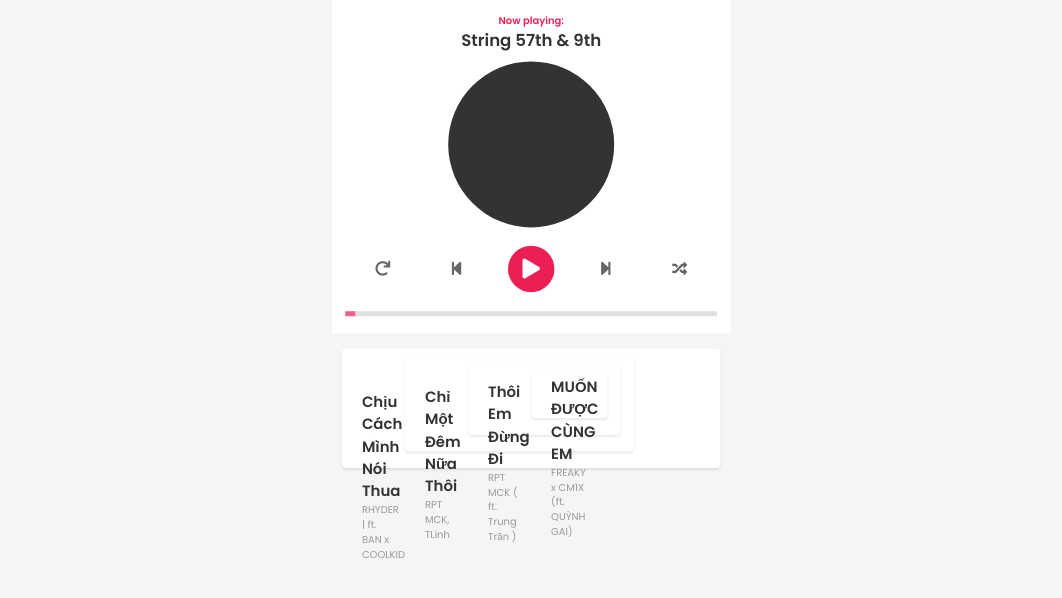
Repository: ChiNg22nd04/MusicPlayer
Page: index.html
These files come from the project's save history. The page is drawn as it stood at one moment and after the next save; the edit follows.
The browser window is 1280 px wide. The pictures show the whole page, at 83% of full size.

Above is the page before, as saved 2023-12-29 22:08:44.

### index.html
<!DOCTYPE html>
<html lang="en">
<head>
    <meta charset="UTF-8">
    <meta name="viewport" content="width=device-width, initial-scale=1.0">
    <title>Music player</title>
    <link rel="stylesheet" href="https://cdnjs.cloudflare.com/ajax/libs/font-awesome/5.15.2/css/all.min.css" integrity="sha512-HK5fgLBL+xu6dm/Ii3z4xhlSUyZgTT9tuc/hSrtw6uzJOvgRr2a9jyxxT1ely+B+xFAmJKVSTbpM/CuL7qxO8w==" crossorigin="anonymous" />
    <link rel="preconnect" href="https://fonts.gstatic.com">
    <link href="https://fonts.googleapis.com/css2?family=Poppins:wght@300;400;600&display=swap" rel="stylesheet">
    <link rel="stylesheet" href="./assets/css/style.css">
</head>
<body>


<div class="player">
  <!-- Dashboard -->
  <div class="dashboard">
    <!-- Header -->
    <header>
      <h4>Now playing:</h4>
      <h2>String 57th & 9th</h2>
    </header>

    <!-- CD -->
    <div class="cd">
      <div class="cd-thumb">
      </div>
    </div>

    <!-- Control -->
    <div class="control">
      <div class="btn btn-repeat">
        <i class="fas fa-redo"></i>
      </div>
      <div class="btn btn-prev">
        <i class="fas fa-step-backward"></i>
      </div>
      <div class="btn btn-toggle-play">
        <i classa="fas fa-pause icon-pause"></i>
        <i class="fas fa-play icon-play"></i>
      </div>
      <div class="btn btn-next">
        <i class="fas fa-step-forward"></i>
      </div>
      <div class="btn btn-random">
        <i class="fas fa-random"></i>
      </div>
    </div>

    <input id="progress" class="progress" type="range" value="0" step="1" min="0" max="100">

    <audio id="audio" src=""></audio>
  </div>

  <!-- Playlist -->
  <div class="playlist">

  </div>
</div>
<script >
  const $ = document.querySelector.bind(document);
  const $$ = document.querySelectorAll.bind(document);
  const playList = $('.playlist');

  //! List bài hát
  const app = {
      listSong: [
          {
              name: 'Chịu Cách Mình Nói Thua',
              singer: 'RHYDER | ft. BAN x COOLKID ',
              path: './assets/music/ChiuCachMinhNoiThua-RHYDERCoolkidBAN-12449134.mp3',
              img:'./assets/img/ccmnt.jpeg',
          },
          {
              name: 'Chỉ Một Đêm Nữa Thôi',
              singer: 'RPT MCK, TLinh',
              path: './assets/music/ChiMotDemNuaThoi-MCK-8804087.mp3',
              img: './assets/img/cmdnt.jpeg',
          },
          {
              name: 'Thôi Em Đừng Đi',
              singer: 'RPT MCK ( ft. Trung Trần )',
              path: './assets/music/ThoiEmDungDi-MCK-8804088.mp3',
              img: './assets/img/tedd.jpeg',
          },
          {
              name: 'MUỐN ĐƯỢC CÙNG EM',
              singer: 'FREAKY x CM1X (ft. QUỲNH GAI)',
              path: './assets/music/MuonDuocCungEm-Freaky-6792500.mp3',
              img: './assets/img/mdce.jpeg',
          },
      ],
      render: function() {
          const htmls = this.listSong.map((song) => {
            return `
                  <div class="song">
                     <div class="thumb"

                <div class="body">
                  <h3 class="title">${song.name}</h3>
                    <p class="author">${song.singer}</p>

                </div>
            `
              // return
              // `
              //     <div class="song">
              //         <div class="thumb"
              //             style="background-image: url('${song.img}');">
              //         </div>
              //         <div class="body">
              //             <h3 class="title">${song.name}</h3>
              //             <p class="author">${song.singer}</p>
              //         </div>
              //         <div class="option">
              //             <i class="fas fa-ellipsis-h"></i>
              //         </div>
              //     </div>
              // `
          })
          $('.playlist').innerHTML = htmls.join(' ');
      },
      start: function() {
          this.render()
      }
  }

  app.start();



</script>
<!-- Design from: https://static.collectui.com/shots/3671744/musicloud-revolutionary-app-for-music-streaming-large -->
</body>
</html>

### assets/css/style.css
:root {
    --primary-color: #ec1f55;
    --text-color: #333;
  }

  * {
    padding: 0;
    margin: 0;
    box-sizing: inherit;
  }

  body {
    background-color: #f5f5f5;
  }

  html {
    box-sizing: border-box;
    font-family: "Poppins", sans-serif;
  }

  .player {
    position: relative;
    max-width: 480px;
    margin: 0 auto;
  }

  .player .icon-pause {
    display: none;
  }

  .player.playing .icon-pause {
    display: inline-block;
  }

  .player.playing .icon-play {
    display: none;
  }

  .dashboard {
    padding: 16px 16px 14px;
    background-color: #fff;
    position: fixed;
    top: 0;
    width: 100%;
    max-width: 480px;
    border-bottom: 1px solid #ebebeb;
  }

  /* HEADER */
  header {
    text-align: center;
    margin-bottom: 10px;
  }

  header h4 {
    color: var(--primary-color);
    font-size: 12px;
  }

  header h2 {
    color: var(--text-color);
    font-size: 20px;
  }

  /* CD */
  .cd {
    display: flex;
    margin: auto;
    width: 200px;
  }

  .cd-thumb {
    width: 100%;
    padding-top: 100%;
    border-radius: 50%;
    background-color: #333;
    background-size: cover;
    margin: auto;
  }

  /* CONTROL */
  .control {
    display: flex;
    align-items: center;
    justify-content: space-around;
    padding: 18px 0 8px 0;
  }

  .control .btn {
    color: #666;
    padding: 18px;
    font-size: 18px;
  }

  .control .btn.active {
    color: var(--primary-color);
  }

  .control .btn-toggle-play {
    width: 56px;
    height: 56px;
    border-radius: 50%;
    font-size: 24px;
    color: #fff;
    display: flex;
    align-items: center;
    justify-content: center;
    background-color: var(--primary-color);
  }

  .progress {
    width: 100%;
    -webkit-appearance: none;
    height: 6px;
    background: #d3d3d3;
    outline: none;
    opacity: 0.7;
    -webkit-transition: 0.2s;
    transition: opacity 0.2s;
  }

  .progress::-webkit-slider-thumb {
    -webkit-appearance: none;
    appearance: none;
    width: 12px;
    height: 6px;
    background-color: var(--primary-color);
    cursor: pointer;
  }

  /* PLAYLIST */
  .playlist {
    margin-top: 408px;
    padding: 12px;
  }

  .song {
    display: flex;
    align-items: center;
    margin-bottom: 12px;
    background-color: #fff;
    padding: 8px 16px;
    border-radius: 5px;
    box-shadow: 0 2px 3px rgba(0, 0, 0, 0.1);
  }

  .song.active {
    background-color: var(--primary-color);
  }

  .song:active {
    opacity: 0.8;
  }

  .song.active .option,
  .song.active .author,
  .song.active .title {
    color: #fff;
  }

  .song .thumb {
    width: 44px;
    height: 44px;
    border-radius: 50%;
    background-size: cover;
    margin: 0 8px;
  }

  .song .body {
    flex: 1;
    padding: 0 16px;
  }

  .song .title {
    font-size: 18px;
    color: var(--text-color);
  }

  .song .author {
    font-size: 12px;
    color: #999;
  }

  .song .option {
    padding: 16px 8px;
    color: #999;
    font-size: 18px;
  }

After the next save:
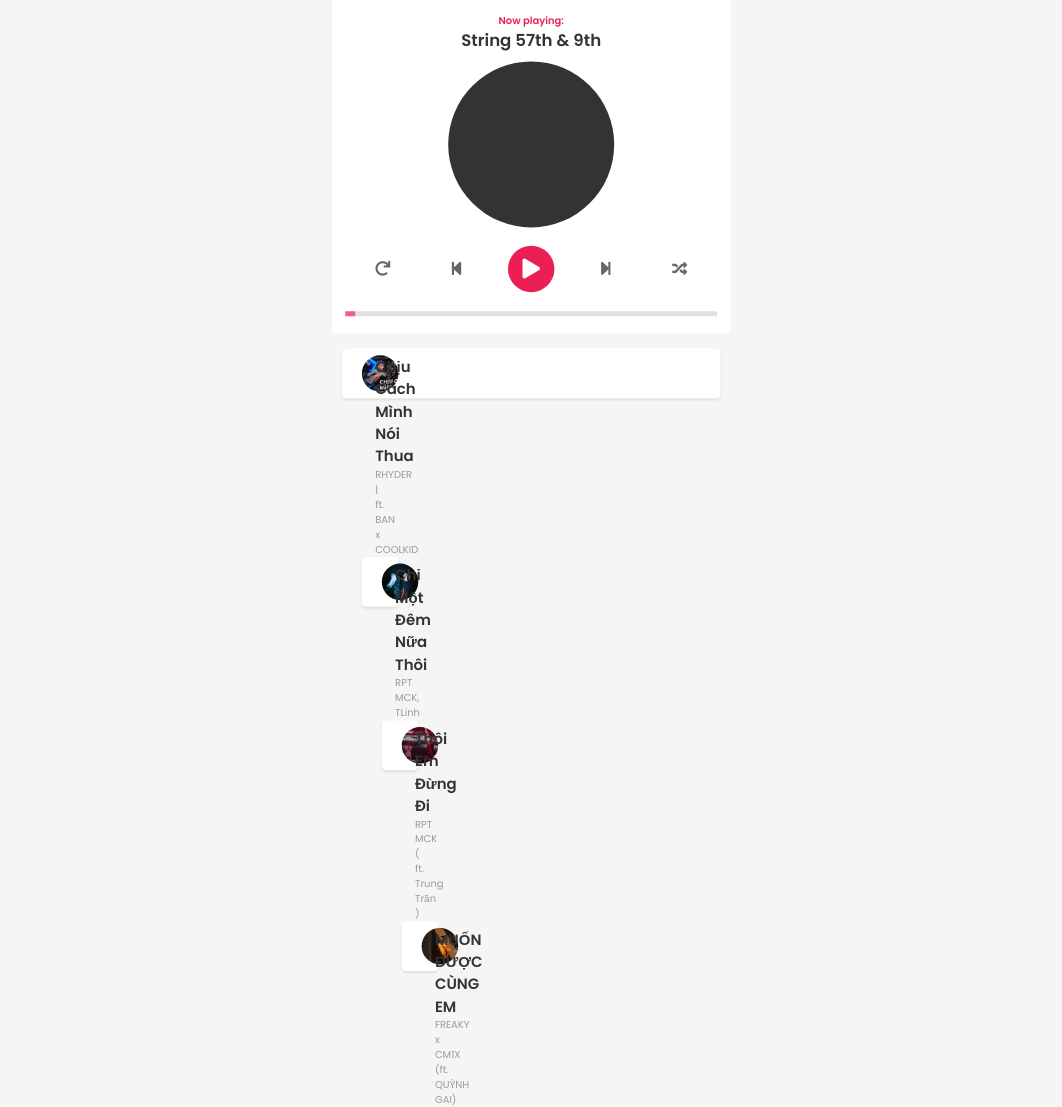
Saved 28 s later.
--- a/index.html
+++ b/index.html
@@ -94,7 +94,7 @@
           const htmls = this.listSong.map((song) => {
             return `
                   <div class="song">
-                     <div class="thumb"
+                     <div class="thumb" style="background-image: url('${song.img}');">
 
                 <div class="body">
                   <h3 class="title">${song.name}</h3>
